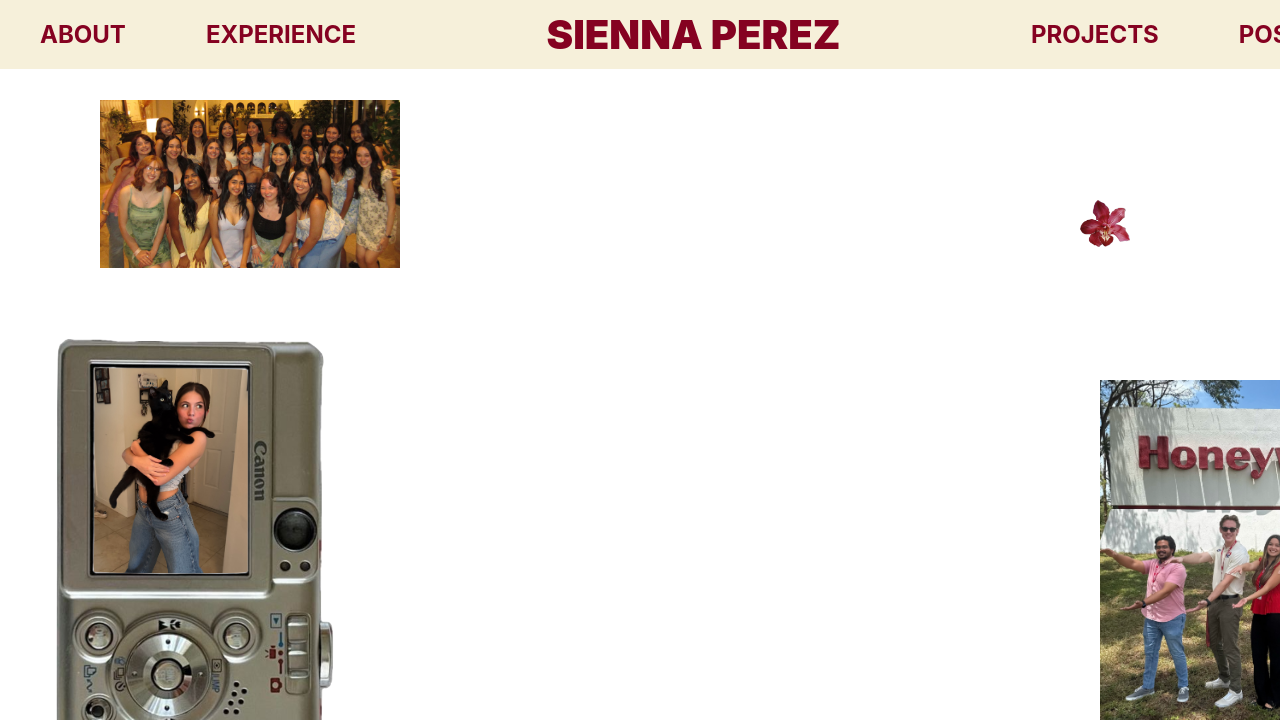
Repository: siennaperez/siennaperezweb
Page: /experience
These files come from the project's save history. The page is drawn as it stood at one moment and after the next save; the edit follows.
The browser window is 1280 px wide. The pictures show the whole page.
The project was rebuilt for these pictures with package versions that can differ from the ones it lists, and the page was loaded fresh each time. Also part of the build but not shown: src/pages/About.css, src/pages/About.js, src/pages/Experience.css, src/pages/Experience.js.

Above is the page before, as saved 2025-09-24 12:55:22.

### src/App.js
import './App.css';
import ReactDOM from "react-dom/client";
import { HashRouter, Routes, Route, Link } from "react-router-dom";
import Navbar from "./components/Navbar";
import Home from "./pages/Home";
import About from "./pages/About";
import Experience from "./pages/Experience";


function App() {
  return (
    <HashRouter>
      <Navbar />
      <Routes>
        <Route path="/" element={<Home />} />
        <Route path="/about" element={<About />} />
        <Route path="/experience" element={<Experience />} />

      </Routes>
    </HashRouter>
  );
}

export default App;

### src/App.css
.App {
  text-align: center;
}

.App-logo {
  height: 40vmin;
  pointer-events: none;
}

@media (prefers-reduced-motion: no-preference) {
  .App-logo {
    animation: App-logo-spin infinite 20s linear;
  }
}

.App-header {
  background-color: #FFFCEF;
  min-height: 100vh;
  display: flex;
  flex-direction: column;
  align-items: center;
  justify-content: center;
  font-size: calc(10px + 2vmin);
  color: white;
}

.App-link {
  color: #61dafb;
}

@keyframes App-logo-spin {
  from {
    transform: rotate(0deg);
  }
  to {
    transform: rotate(360deg);
  }
}

### src/components/Navbar.js
import "./Navbar.css";
import { NavLink } from "react-router-dom";

const Navbar = () => {
  return (
    <nav className="navbar">
      <ul className="nav-list">
        <div className="nav-left">
          <li className="nav-item">
            <NavLink to="/about">ABOUT</NavLink>
          </li>
          <li className="nav-item">
            <NavLink to="/experience">EXPERIENCE</NavLink>
          </li>
        </div>

        <div className="nav-center">
          <li className="nav-item">
            <NavLink to="/">SIENNA PEREZ</NavLink>
          </li>
        </div>

        <div className="nav-right">
          <li className="nav-item">
            <NavLink to="/projects">PROJECTS</NavLink>
          </li>
          <li className="nav-item">
            <NavLink to="/posts">POSTS</NavLink>
          </li>
        </div>
      </ul>
    </nav>
  );
};

export default Navbar;

### src/pages/Home.js
import cam from '../media/cam.png';
import orchid from '../media/orchid.png';
import redpatches from '../media/red-patches.png';
import toops from '../media/sienna_toopy.jpg';
import honeywell from '../media/honeywell_gator.JPG';
import wicse from '../media/wicse.JPG';

import "./Home.css";



function Home() {
  return (
    <div className="App">
        <img src={toops} alt="toops" className="toops-img"/>;
        <img src={cam} alt="cam" className="cam-img"/>;
        <img src={orchid} alt="orchid" className="orchid-img"/>;
        <img src={redpatches} alt="redpatches" className="redpatches-img"/>;
        <img src={honeywell} alt="honeywell" className="honeywell-img"/>;
        <img src={wicse} alt="wicse" className="wicse-img"/>;



        < about />
    </div>

  );
}

export default Home;

### src/components/Navbar.css
.navbar {
  background-color: #F6F0DA;
  padding: 10px 40px;
  position: fixed;
  width: 100%;
  top: 0;
  z-index: 100;
}

.nav-list {
  display: flex;
  justify-content: space-between;
  align-items: center;
  list-style: none;
  margin: 0;
  padding: 0;
  font-weight: bold;
  font-size: 24px;
  color: #850221;
}

.nav-left,
.nav-right {
  display: flex;
  gap: 80px;
}

.nav-center {
  font-size: 40px;
  font-weight: 900;
}

.nav-item a {
  text-decoration: none;
  color: #850221;
}

### src/pages/Home.css


html, body {
  margin: 0;
  padding: 0;
  overflow: hidden;
  width: 100%;
  height: 100%;
}
#root {
  width: 100%;
  height: 100%;
  position: relative;
}

.App{
    position: relative;
}

.toops-img {
  width: 170px;
  height: auto;
  top: 360px;
  left: 80px;
  position: fixed
}

.cam-img {
  position: fixed;
  top: 150px;
  left: -50px;
  width: 450px;
  transform: rotate(90deg);
}

.orchid-img {
  position: absolute;
  top: 200px;
  right: 150px;
  width: 50px;
}

.redpatches-img {
  position: absolute;
  bottom: 50px;
  left: 50%;
  width: 10px;
  size-adjust: 1000%;
  size-adjust: 10px;
}


.honeywell-img {
  position: fixed;
  top: 380px;
  left: 1100px;
  width: 300px;
}

.wicse-img {
  position: fixed;
  top: 100px;
  left: 100px;
  width: 300px;
}

Loaded but not shown: public/index.html (common file); src/index.js (common file); src/index.css (common file); src/reportWebVitals.js (common file)

After the next save:
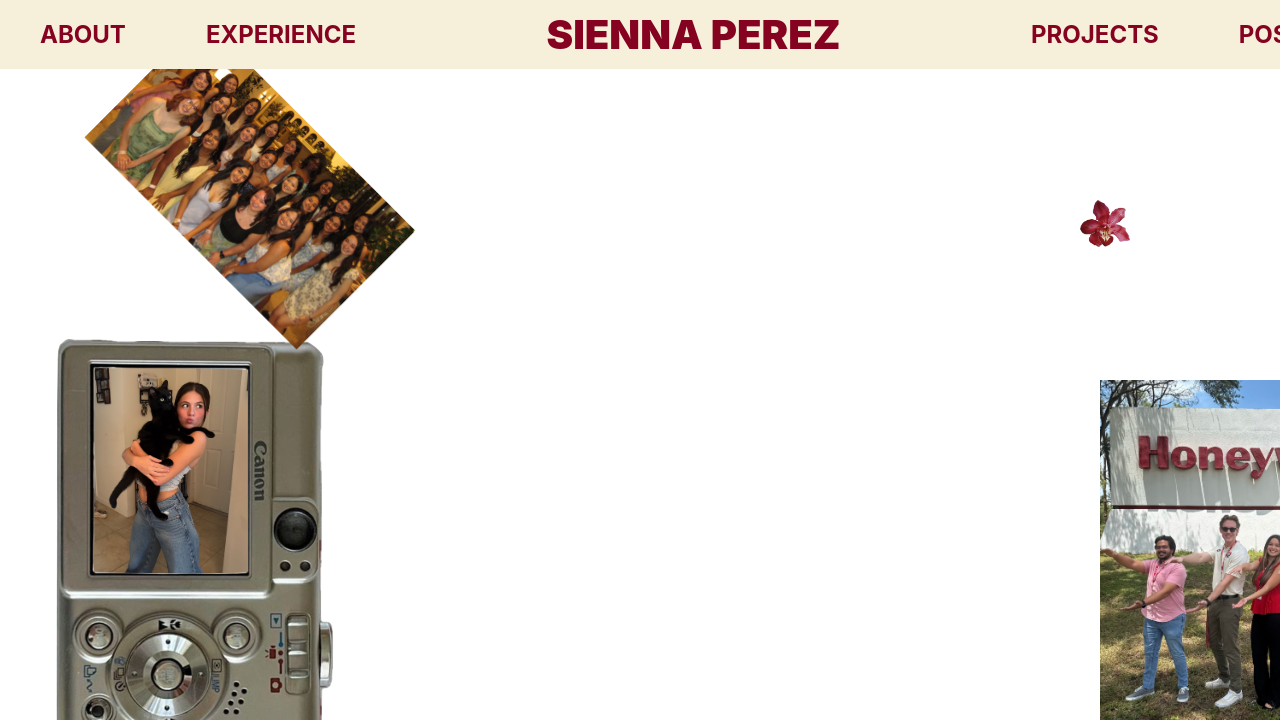
Saved 2 min 16 s later.
--- a/src/pages/Home.css
+++ b/src/pages/Home.css
@@ -62,4 +62,5 @@
   top: 100px;
   left: 100px;
   width: 300px;
+  transform: rotate(45deg);
 }
